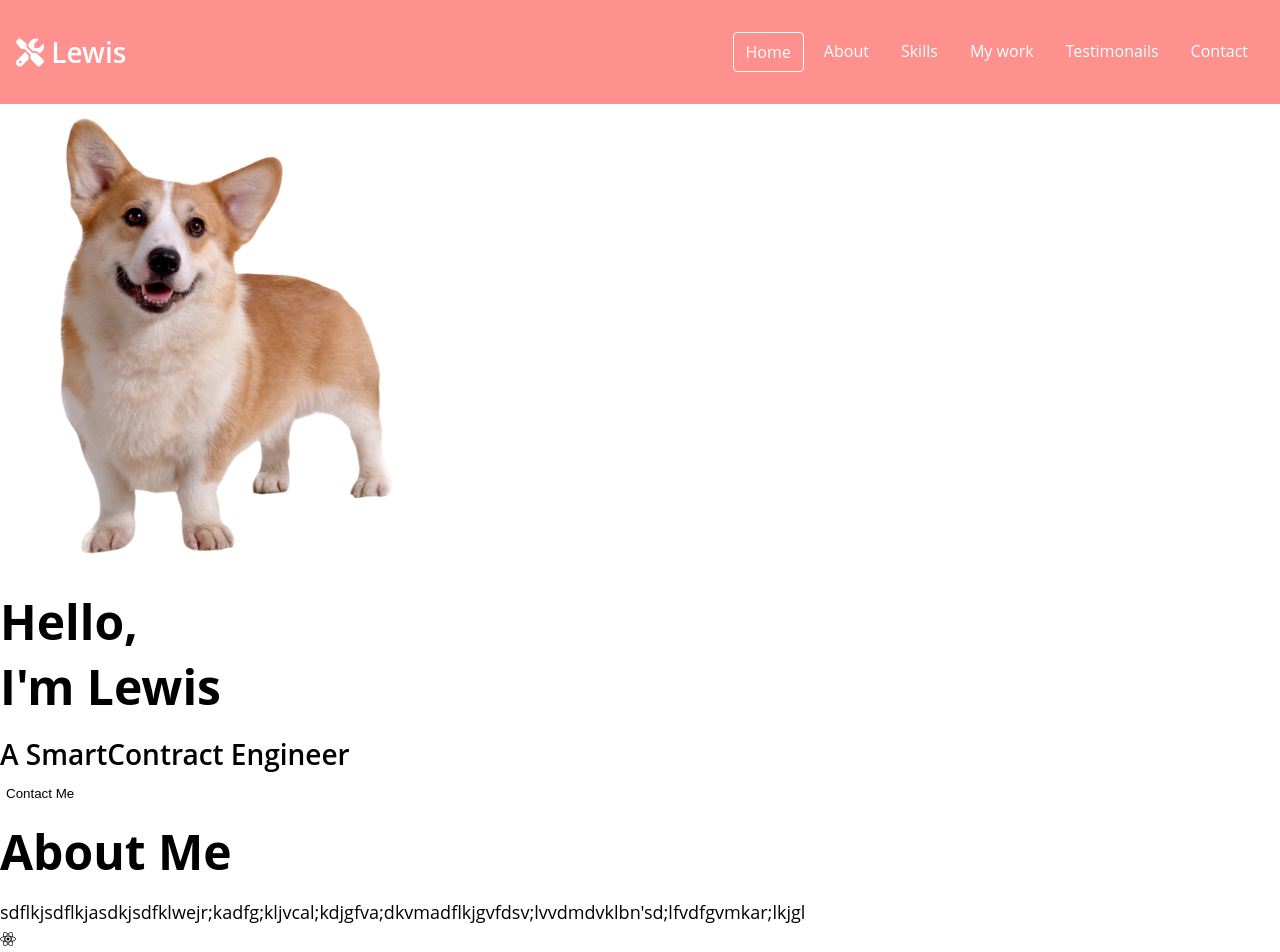
Repository: woojinShim/woojinShim.github.io
Page: index.html
These files come from the project's save history. The page is drawn as it stood at one moment and after the next save; the edit follows.
The browser window is 1280 px wide. The pictures show the part of the page from y = 0 to 952 px (the page is 6673 px tall before and 6753 px after).
A picture or video elsewhere on the page could not be fetched, so the positions and the page height are approximate. Some web libraries are served in a nearby version.

Above is the page before, as saved 2022-03-08 18:01:31.

### index.html
<!DOCTYPE html>
<html lang="en">
<head>
    <meta charset="UTF-8">
    <meta http-equiv="X-UA-Compatible" content="IE=edge">
    <meta name="viewport" content="width=device-width, initial-scale=1.0">
    <title>Document</title>
    <script
      src="https://kit.fontawesome.com/9eb162ac0d.js"
      crossorigin="anonymous"
    ></script>
    <style>
        @import url('https://fonts.googleapis.com/css2?family=Noto+Sans+KR:wght@100;400;700&display=swap');
        </style>
    <link rel="icon" type="image/png" href="img/favicon.png" />
    <link rel="stylesheet" href="style.css">
    <script scr="main.js"></script>
</head>
<body>
    <!-- Navbar -->
    <nav id="navbar">
        <div class="navbar__logo">
            <i class="fas fa-tools"></i>
            <a href="#">Lewis</a>
        </div>
        <ul class="navbar__menu">
            <li class="navbar__menu__item active">Home</li>
            <li class="navbar__menu__item">About</li>
            <li class="navbar__menu__item">Skills</li>
            <li class="navbar__menu__item">My work</li>
            <li class="navbar__menu__item">Testimonails</li>
            <li class="navbar__menu__item">Contact</li>
        </ul>
    </nav>
    <!-- Home -->
    <section id="home">
        <img src="img/puppy.png" alt="Lewis's photo" class="home__avator">
        <h1 class="home__title">Hello, <br/>I'm Lewis</h1>
        <h2 class="home__descrition">A SmartContract Engineer</h2>
        <button class="home__contact">Contact Me</button>
    </section>
    <!-- About -->
    <section id="about">
        <h1>About Me</h1>
        <p>sdflkjsdflkjasdkjsdfklwejr;kadfg;kljvcal;kdjgfva;dkvmadflkjgvfdsv;lvvdmdvklbn'sd;lfvdfgvmkar;lkjgl</p>
        <div class="about__majors">
            <div class="major"></div>
            <div class="major__icon"><i class="fab fa-react"></i></div>
            <div class="major__title">Front-end</div>
            <div class="major__description">HTML, CSS, Javascript,
                <br /> React, Web APIs
            </div>
        </div>
        <div class="about__majors">
            <div class="major"></div>
            <div class="major__icon"><i class="fab fa-ethereum"></i></div>
            <div class="major__title">Smart-contract</div>
            <div class="major__description">dApp, Blockchain,
                <br /> hardhat, ethers
            </div>
        </div>
        <div class="about__majors">
            <div class="major"></div>
            <div class="major__icon"><i class="fas fa-link"></i></i></div>
            <div class="major__title">Back-end</div>
            <div class="major__description">Java,
                <br /> Spring
            </div>
        </div>
        <div class="about__jobs">
            <div class="job">
                <img src="img/puupy.png" alt="puupy">
            </div>
            <div class="job"></div>
        </div>
    </section>
    <!-- Skills -->
    <section id="skills">
        <h1>Skills</h1>
        <h2>skills $ Attribute</h2>
        <p>
            sdjsfdldsfjsdffvmslkjdfgksjdsdsdvkkfghalkvsdlaskkjrsdjlkdskflksjdlja
            sdfkdfvlskvglkkcjkdjckwebkosdkvlkwekelkfsdjlkldfkskdfg
            sdlkbdflnsldkfgkfsdfkdksvj
        </p>
        <div class="skillset">
            <div class="skillset__left">
                <h3 class="skillset__title">Skills</h3>
                <div class="skills">
                    <div class="skill_description">
                        <span>HTML</span>
                        <span>99%</span>
                    </div>
                    <div class="skill_description">
                        <span>CSS</span>
                        <span>90%</span>
                    </div>
                    <div class="skill_description">
                        <span>JavaScript</span>
                        <span>94%</span>
                    </div>
                    <div class="skill_description">
                        <span>Solidity</span>
                        <span>93%</span>
                    </div>
                    <div class="skill_description">
                        <span>Java</span>
                        <span>90%</span>
                    </div>

                </div>
            </div>
            <div class="skillset__right">
                <div class="tools">
                    <h3 class="skillset__title">Tools</h3>
                    <ul class="tools__list">
                        <li class="span">Visual Studio Code</li>
                        <li class="span">IntelliJ</li>
                        <li class="span">Slack</li>
                        <li class="span">Notion</li>
                        <li class="span">Photoshop</li>
                    </ul>
                </div>
                <div class="etc">
                    <h3 class="skillset__title">Etc</h3>
                    <ul class="etc__list">
                        <li><span>Git</span></li>
                        <li><span>Math</span></li>
                        <li><span>Design</span></li>
                    </ul>
                </div>
            </div>
        </div>
    </section>
    <!-- Work -->
    <section id="work">
        <h1>My Work</h1>
        <h3>Projects</h3>
        <div class="work__catagories">
            <button class="catagory__btn">All<span class="category__count">3</span></button>
            <button class="catagory__btn">Front-end<span class="category__count">6</span></button>
            <button class="catagory__btn">Back-end<span class="category__count">5</span></button>
            <button class="catagory__btn">Blockchain<span class="category__count">7</span></button>
        </div>

        <div class="work__projects">
            <a href="https://naver.com" class="project" target="blank">
                <img class="project__img" src="img/jin.png" alt="YouTube" />
                <div class="project__description">
                    <h3>Naver Site</h3>
                    <span>Clone Naver</span>
                </div>
            </a>
        </div>
        <div class="work__projects">
            <a href="https://naver.com" class="project" target="blank">
                <img class="project__img" src="img/jin.png" alt="YouTube" />
                <div class="project__description">
                    <h3>Naver Site</h3>
                    <span>Clone Naver</span>
                </div>
            </a>
        </div>
        <div class="work__projects">
            <a href="https://naver.com" class="project" target="blank">
                <img class="project__img" src="img/le.png" alt="YouTube" />
                <div class="project__description">
                    <h3>Naver Site</h3>
                    <span>Clone Naver</span>
                </div>
            </a>
        </div>
        <div class="work__projects">
            <a href="https://naver.com" class="project" target="blank">
                <img class="project__img" src="img/shim.png" alt="YouTube" />
                <div class="project__description">
                    <h3>Naver Site</h3>
                    <span>Clone Naver</span>
                </div>
            </a>
        </div>
        <div class="work__projects">
            <a href="https://naver.com" class="project" target="blank">
                <img class="project__img" src="img/yes.jfif" alt="YouTube" />
                <div class="project__description">
                    <h3>Naver Site</h3>
                    <span>Clone Naver</span>
                </div>
            </a>
        </div>
        <div class="work__projects">
            <a href="https://naver.com" class="project" target="blank">
                <img class="project__img" src="img/woo.png" alt="YouTube" />
                <div class="project__description">
                    <h3>Naver Site</h3>
                    <span>Clone Naver</span>
                </div>
            </a>
        </div>
    </section>
    <!-- testimonails -->
    <section id="testimonials">
        <h1>Testimonials</h1>
        <h3>See what they say about me</h3>
        <div class="testimonials">
            <div class="testimonial">
                <img src="img/man.jpg" alt="" class="testimonial__avator">
                <div class="testimonial__speech-bubble">
                    <p>
                        sdvkdfdfmvkdlkjtkfknsvkdnfgckvdkvkjvbdfgkkjsdkvjskjcvrngksdmcsdkck
                    </p>
                    <p class="name"><a href="">Lewis</a></p>
                </div>
            </div>
            <div class="testimonial">
                <img src="img/man.jpg" alt="" class="testimonial__avator">
                <div class="testimonial__speech-bubble">
                    <p>
                        sdvkdfdfmvkdlkjtkfknsvkdnfgckvdkvkjvbdfgkkjsdkvjskjcvrngksdmcsdkck
                    </p>
                    <p class="name"><a href="">Lewis</a></p>
                </div>
            </div>
        </div>
    </section>
    <!-- contact -->
    <section id="contact">
        <h1 class="contact__title">Let's talk</h1>
        <h2 class="contact__email">dream.coder@gmail.com</h2>
        <div class="contact__links">
            <a href="http://google.com" target="blank">
                <i class="fa-brands fa-github"></i>
            </a>
            <a href="http://google.com" target="blank">
                <i class="fa-brands fa-linkedin"></i>
            </a>
        </div>
        <p class="contact__rights">Dream coming - All Right Reserved.</p>
    </section>

</body>
</html>

### style.css
:root {
  /* Color */
  --color-white: #ffffff;
  --color-light-white: #eeeeee;
  --color-dark-white: #bdbdbd;
  --color-pink: #fe918d;
  --color-dark-pink: #ff6863;
  --color-black: #4d4d4d;
  --color-dark-grey: #4d4d4d;
  --color-grey: #616161;
  --color-light-grey: #7c7979;
  --color-blue: #73aace;
  --color-yellow: #fff7d1;
  --color-orange: #feb546;
  --color-black: #000000;

  /* Font size */
  --font-large: 48px;
  --font-medium: 28px;
  --font-regular: 18px;
  --font-small: 16px;
  --font-micro: 14px;

  /* Font weight */
  --weight-bold: 700;
  --weight-semi-bold: 600;
  --weight-regular: 400;

  /* Size */
  --size-border-radius: 4px;

  /* Annimation */
  --animation-duration: 300ms;
}

/* Universal tags */
* {
  box-sizing: border-box;
}

body {
  font-family: "Open Sans", sans-serif;
  margin: 0;
  cursor: default;
}

a {
  text-decoration: none;
  color: var(--color-white);
}

ul {
  list-style: none;
  padding-left: 0;
}

li {
  list-style: none;
}

button {
  background-color: transparent;
  cursor: pointer;
  border: none;
  outline: none;
}

/* Typography */
h1 {
  font-size: var(--font-large);
  font-weight: var(--weight-bold);
  color: var(--color-black);
  margin: 16px 0px;
}

h2 {
  font-size: var(--font-medium);
  font-weight: var(--weight-semi-bold);
  color: var(--color-black);
  margin: 8px 0;
}

h3 {
  font-size: var(--font-regular);
  font-weight: var(--font-regular);
  color: var(--color-black);
  margin: 8px 0;
}

p {
  font-size: var(--font-regular);
  font-weight: var(--font-regular);
  color: var(--color-black);
  margin: 4px 0;
}

/* Navbar */
#navbar {
  display: flex;
  justify-content: space-between;
  align-items: center;
  padding: 16px;
  background-color: var(--color-pink);
}

.navbar__logo {
  font-size: var(--font-medium);
  font-weight: var(--weight-semi-bold);
  color: white;
}

.navbar__menu {
  display: flex;
}

.navbar__menu__item {
  padding: 8px 12px;
  margin: 0 4px;
  color: var(--color-white);
  cursor: pointer;
  border-radius: var(--size-border-radius);
}

.navbar__menu__item.active {
  border: 1px solid var(--color-white);
}

.navbar__menu__item:hover {
  background-color: var(--color-dark-pink);
  border-radius: 4px;
}

/* Home */
#Home {
  background: url("img/backg.png") cetner/cover no-repeat;
  padding: 40px;
  text-align: center;
}

After the next save:
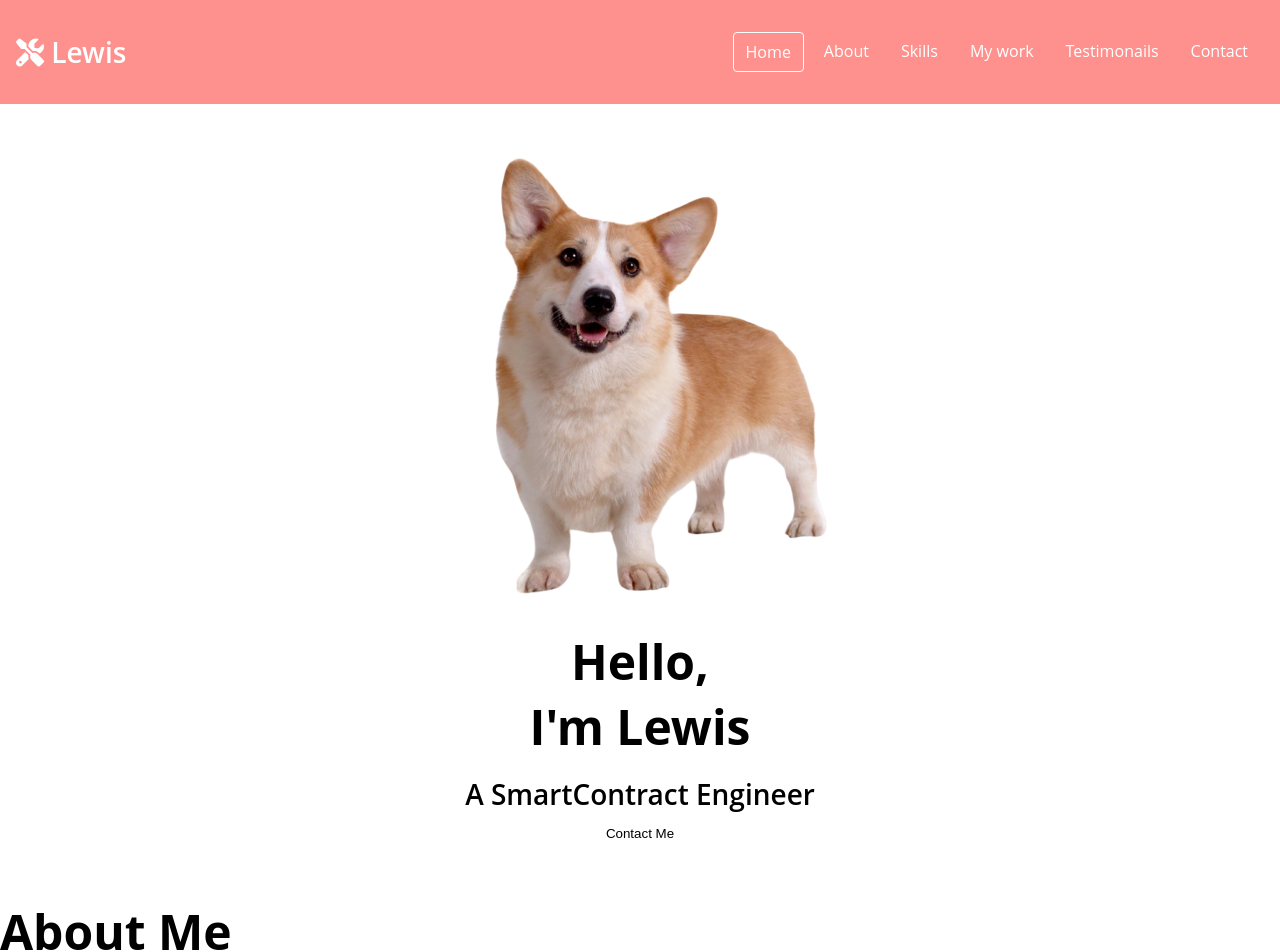
Saved 22 s later.
--- a/style.css
+++ b/style.css
@@ -131,7 +131,7 @@
 }
 
 /* Home */
-#Home {
+#home {
   background: url("img/backg.png") cetner/cover no-repeat;
   padding: 40px;
   text-align: center;
